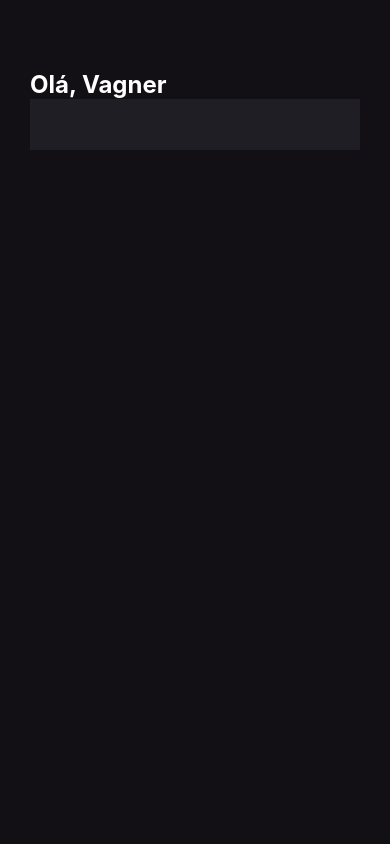
Repository: vagnereix/01-myskills-trilha-react-native
Screen: /
An editor plug-in stored every save of this project. The screen is shown before and after the next save, followed by the edit.
The app was drawn by React Native's web renderer in a window 390 px wide. The project was rebuilt for these pictures with package versions that can differ from the ones it lists, and the page was loaded fresh each time.

Above is the screen before, as saved 2021-06-17 17:17:52.

### App.tsx
import React from 'react';

import { Home } from './pages/home';

export default function App() {
  return (
    <Home />
  );
};

### pages/home.tsx
import React from 'react';
import { View, Text, StyleSheet, TextInput } from 'react-native';

export function Home() {
    return (
      <View style={styles.container}>
        <Text style={styles.title}>Olá, Vagner</Text>

        <TextInput style={styles.input} />
      </View>
    );
}

const styles = StyleSheet.create({
    container: {
        flex: 1,
        paddingHorizontal: 30,
        paddingVertical: 70,
        backgroundColor: '#121015'
    },
    title: {
        color: '#fff',
        fontWeight: 'bold',
        fontSize: 24,
    },
    input: {
        backgroundColor: '#1f1e25',
        fontSize: 18,
        padding: 15,
    }
})

After the next save:
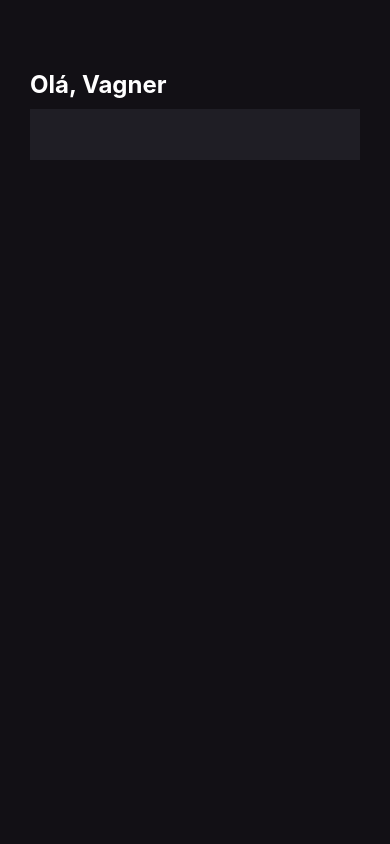
Saved 21 s later.
--- a/pages/home.tsx
+++ b/pages/home.tsx
@@ -22,6 +22,7 @@ const styles = StyleSheet.create({
         color: '#fff',
         fontWeight: 'bold',
         fontSize: 24,
+        marginBottom: 10
     },
     input: {
         backgroundColor: '#1f1e25',
